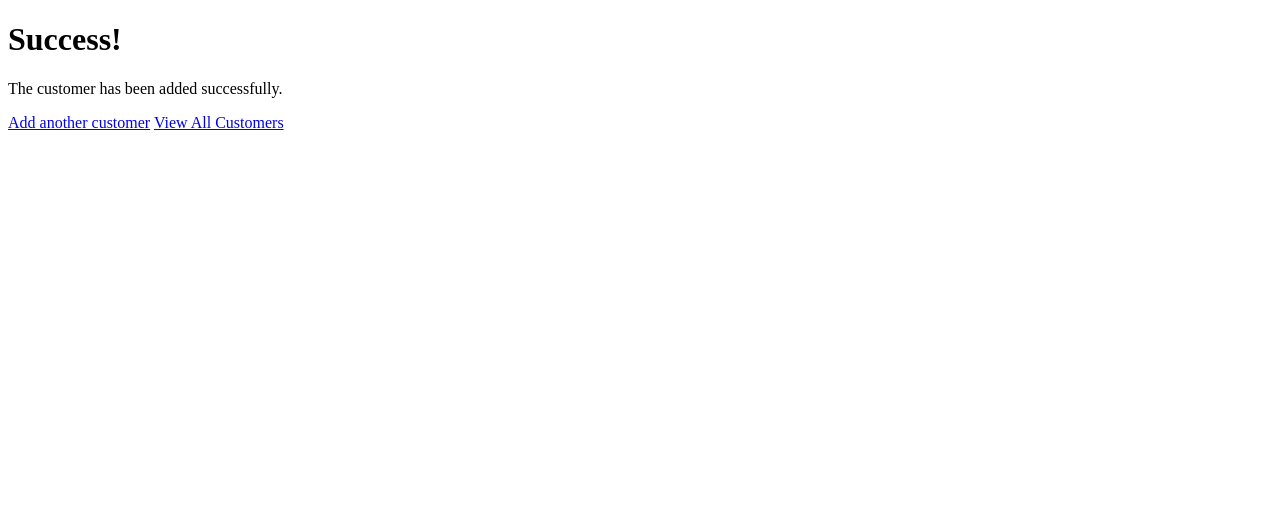
Repository: KhushiGor/J2EE-Project
Page: http://localhost/HRMS/view/success.jsp
These files come from the project's save history. The page is drawn as it stood at one moment and after the next save; the edit follows.
The browser window is 1280 px wide. The pictures show the whole page.
The page is served by Tomcat 10. Other server files are loaded and not shown.

Above is the page before, as saved 2024-12-05 03:21:41.

### HRMS/src/main/webapp/view/success.jsp
<%@ page language="java" contentType="text/html; charset=UTF-8"
    pageEncoding="UTF-8"%>
<!DOCTYPE html>
<html>
<head>
<meta charset="UTF-8">
<title>Insert title here</title>
</head>
<body>
	 <div class="container">
        <h1>Success!</h1>
        <p>The customer has been added successfully.</p>
        <a href="add_customer.html">Add another customer</a>
        <a href="ViewCustomersServlet" class="view-link">View All Customers</a>

    </div>
</body>
</html>

After the next save:
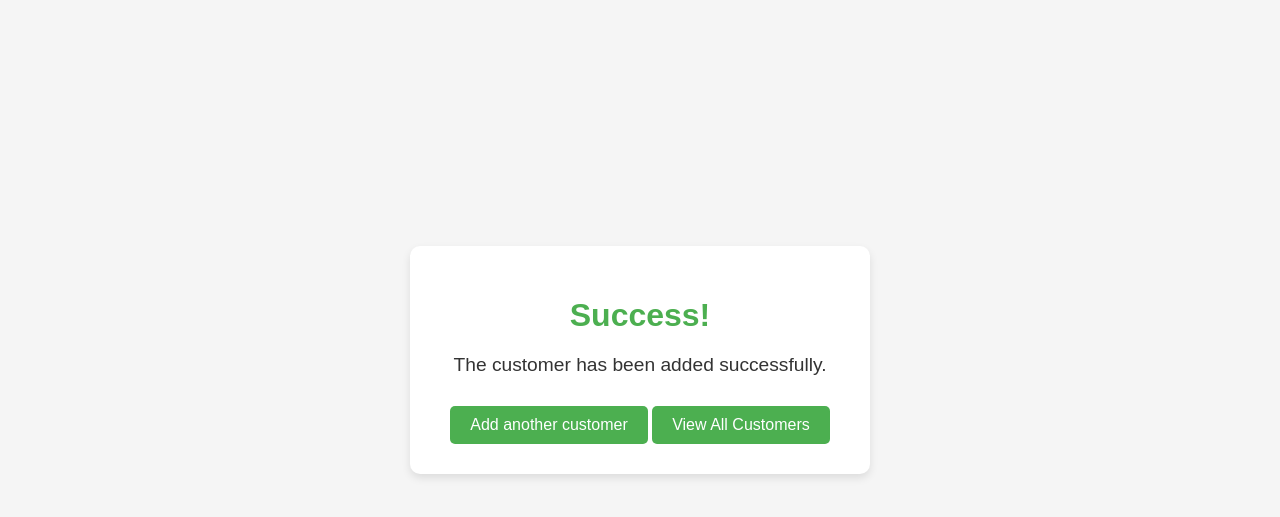
Saved 32 s later.
--- a/HRMS/src/main/webapp/view/success.jsp
+++ b/HRMS/src/main/webapp/view/success.jsp
@@ -5,6 +5,73 @@
 <head>
 <meta charset="UTF-8">
 <title>Insert title here</title>
+<style>
+        body {
+            font-family: 'Arial', sans-serif;
+            background-color: #f5f5f5;
+            margin: 0;
+            padding: 0;
+            display: flex;
+            justify-content: center;
+            align-items: center;
+            height: 100vh;
+        }
+
+        .container {
+            background-color: white;
+            border-radius: 10px;
+            box-shadow: 0 4px 8px rgba(0, 0, 0, 0.1);
+            padding: 30px;
+            text-align: center;
+            width: 100%;
+            max-width: 400px;
+        }
+
+        h1 {
+            color: #4CAF50;
+            font-size: 2em;
+            margin-bottom: 20px;
+        }
+
+        p {
+            font-size: 1.2em;
+            color: #333;
+            margin-bottom: 30px;
+        }
+
+        a {
+            display: inline-block;
+            background-color: #4CAF50;
+            color: white;
+            padding: 10px 20px;
+            border-radius: 5px;
+            text-decoration: none;
+            font-size: 1em;
+            transition: background-color 0.3s;
+        }
+
+        a:hover {
+            background-color: #45a049;
+        }
+
+        @media (max-width: 600px) {
+            .container {
+                width: 90%;
+            }
+
+            h1 {
+                font-size: 1.8em;
+            }
+
+            p {
+                font-size: 1em;
+            }
+
+            a {
+                font-size: 0.9em;
+            }
+        }
+    </style>
 </head>
 <body>
 	 <div class="container">
